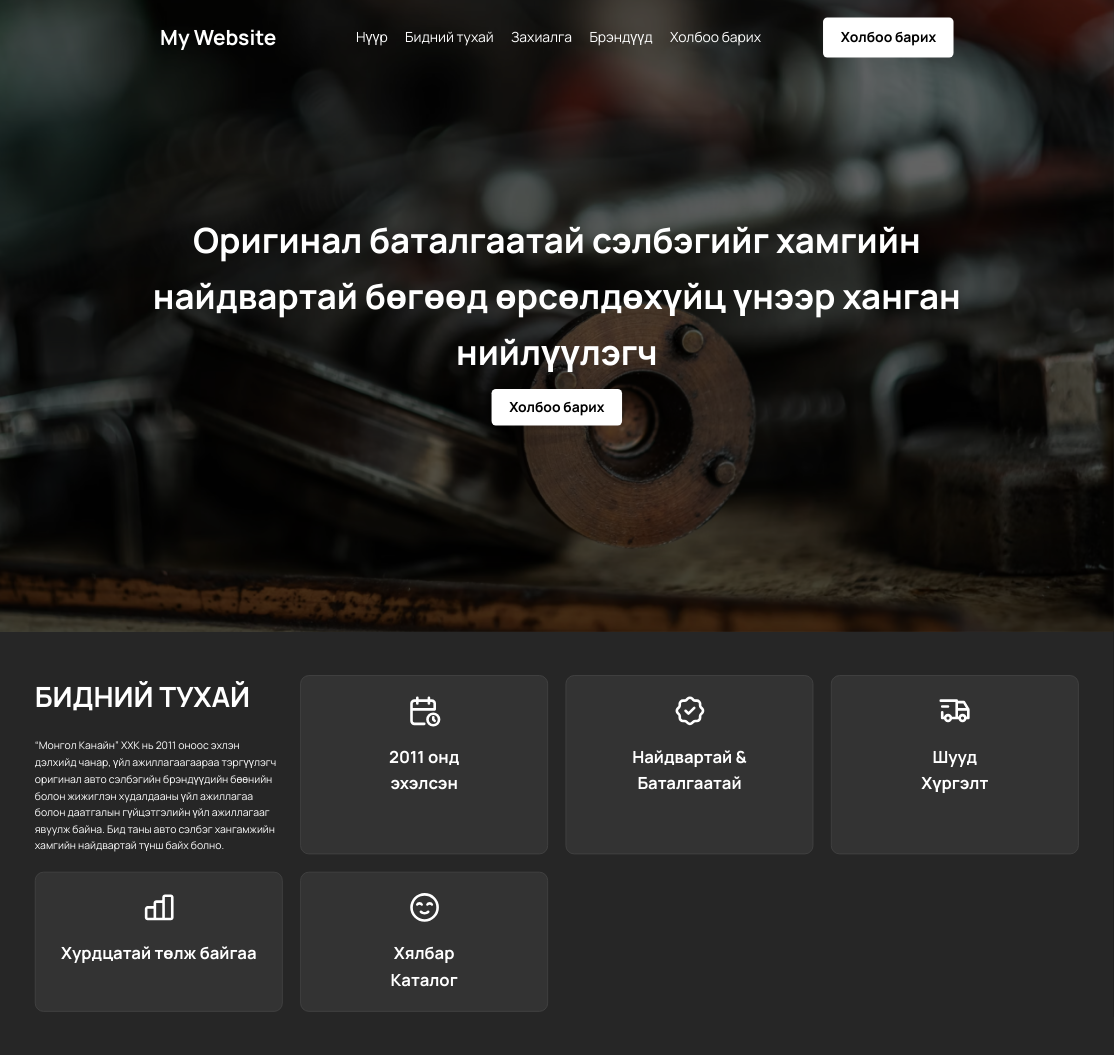
Repository: temuujinnn/mongol_kanain
Page: index.html
The author's editor kept a copy of each file at every save. The page is drawn from the files as they stood at one save, then again after the next save.
The browser window is 1280 px wide. The pictures show the whole page, at 87% of full size.

Above is the page before, as saved 2024-08-22 17:52:16.

### index.html
<!DOCTYPE html>
<html lang="mn">

<head>
    <meta charset="UTF-8">
    <meta name="viewport" content="width=device-width, initial-scale=1.0">
    <title>My Custom Website</title>
    <link rel="stylesheet" href="style.css">
    <!-- Google Fonts Link -->
    <link href="https://fonts.googleapis.com/css2?family=Manrope:wght@400;700&display=swap" rel="stylesheet">
</head>

<body>
    <!-- Header Section -->
    <header>
        <div class="container">
            <div class="logo">
                <h1>My Website</h1>
            </div>
            <nav>
                <ul>
                    <li><a href="#home">Нүүр</a></li>
                    <li><a href="#about">Бидний тухай</a></li>
                    <li><a href="#order">Захиалга</a></li>
                    <li><a href="#brands">Брэндүүд</a></li>
                    <li><a href="#contact">Холбоо барих</a></li>
                </ul>
            </nav>
            <a href="#contact" class="contact-btn">Холбоо барих</a>
        </div>
    </header>

    <!-- Hero Section -->
    <section id="hero">
        <div class="overlay"></div>
        <div class="hero-content">
            <h1>Оригинал баталгаатай сэлбэгийг хамгийн найдвартай бөгөөд өрсөлдөхүйц үнээр ханган нийлүүлэгч</h1>
            <a href="#contact" class="button">Холбоо барих</a>
        </div>
    </section>

    <!-- The rest of your content -->
    <section id="about">
        <div class="container">

            <div class="about-grid">
                <div>
                    <h2>БИДНИЙ ТУХАЙ</h2>
                    <p class="description">“Монгол Канайн” ХХК нь 2011 оноос эхлэн дэлхийд чанар, үйл ажиллагаагаараа
                        тэргүүлэгч
                        оригинал авто сэлбэгийн брэндүүдийн бөөнийн болон жижиглэн худалдааны үйл ажиллагаа болон
                        даатгалын
                        гүйцэтгэлийн үйл ажиллагааг явуулж байна. Бид таны авто сэлбэг хангамжийн хамгийн найдвартай
                        түнш
                        байх
                        болно.</p>
                </div>

                <div class="about-card">
                    <div class="icon">
                        <img src="./icons/calendar-time.svg" alt="Calendar Icon">
                    </div>
                    <div class="text">2011 онд<br> эхэлсэн</div>
                </div>
                <div class="about-card">
                    <div class="icon">
                        <img src="./icons/discount-check.svg" alt="Calendar Icon">
                    </div>
                    <div class="text">Найдвартай & Баталгаатай</div>
                </div>
                <div class="about-card">
                    <div class="icon">
                        <img src="./icons/truck-delivery.svg" alt="Calendar Icon">
                    </div>
                    <div class="text">Шууд<br>Хүргэлт</div>
                </div>
                <div class="about-card">
                    <div class="icon">
                        <img src="./icons/chart-bar.svg" alt="Calendar Icon">
                    </div>
                    <div class="text">Хурдцатай төлж байгаа</div>
                </div>
                <div class="about-card">
                    <div class="icon">
                        <img src="./icons/mood-smile-beam.svg" alt="Calendar Icon">
                    </div>
                    <div class="text">Хялбар<br>Каталог</div>
                </div>
            </div>
        </div>
    </section>
</body>

</html>

### style.css
/* Basic Reset */
* {
    margin: 0;
    padding: 0;
    box-sizing: border-box;
}

body {
    font-family: 'Manrope', sans-serif;
    color: white;
    background-color: #1e1e1e;
    line-height: 1.6;
}

/* Header */
header {

    /* Semi-transparent background */
    padding: 20px 0;
    position: absolute;
    /* Ensure the header is not fixed */
    width: 100%;
    z-index: 1000;
    /* Keep the header on top of other content */
}

header .container {
    display: flex;
    padding-left: 144px;
    padding-right: 144px;
    justify-content: space-between;
    align-items: center;
}

header .logo h1 {
    color: #fff;
    font-size: 1.5rem;
    margin: 0;
}

header nav ul {
    list-style: none;
    display: flex;
    margin: 0;
    padding: 0;
}

header nav ul li {
    margin-left: 20px;
}

header nav ul li a {
    color: #fff;
    text-decoration: none;
    font-size: 1rem;
}

header nav ul li a:hover {
    color: #ffcc00;
}

header .contact-btn {
    background-color: #fff;
    color: #000;
    padding: 10px 20px;
    text-decoration: none;
    border-radius: 5px;
    font-weight: bold;
}

header .contact-btn:hover {
    background-color: #e6e6e6;
}

/* Hero Section */
#hero {
    position: relative;
    background: url('./images/m.png') no-repeat center center/cover;
    height: 726px;
    display: flex;
    justify-content: center;
    align-items: center;
    text-align: center;
    color: #fff;
}

#hero .overlay {
    position: absolute;
    top: 0;
    left: 0;
    right: 0;
    bottom: 0;
    background: rgba(0, 0, 0, 0.5);
    /* Dark overlay */
}

.hero-content {
    z-index: 1;
    max-width: 80%;
}

.hero-content h1 {
    font-size: 2.5rem;
    margin-bottom: 20px;
}

.hero-content .button {
    padding: 10px 20px;
    background: #fff;
    color: #000;
    text-decoration: none;
    border-radius: 5px;
    font-weight: bold;
    transition: background-color 0.3s ease;
}

.hero-content .button:hover {
    background-color: #e6e6e6;
}

#about {
    padding: 50px 20px;
    background-color: #262626;
}

.container {
    max-width: 1200px;
    margin: 0 auto;
}

#about h2 {
    font-size: 32px;
    margin-bottom: 20px;
    color: #fff;
    font-weight: 700;
}

.description {

    font-size: 12px;
    font-style: normal;
    font-weight: 400;
}

.about-grid {
    display: grid;
    grid-template-columns: repeat(auto-fit, minmax(250px, 1fr));
    gap: 20px;
}

.about-card {
    background-color: #333;
    padding: 20px;
    border-radius: 10px;
    text-align: center;
    border: 1px solid #444;
    transition: transform 0.3s ease, border-color 0.3s ease;
}

.about-card:hover {
    transform: translateY(-5px);
    border-color: #ffcc00;
}

.icon img {
    width: 40px;
    height: 40px;
    margin-bottom: 10px;
}

.text {
    font-size: 1.2rem;
    color: #fff;
    font-weight: 700;
}

.text br {
    display: none;
}

@media (min-width: 768px) {
    .text br {
        display: inline;
    }
}

/* Adjusting body padding to avoid header overlay */

After the next save:
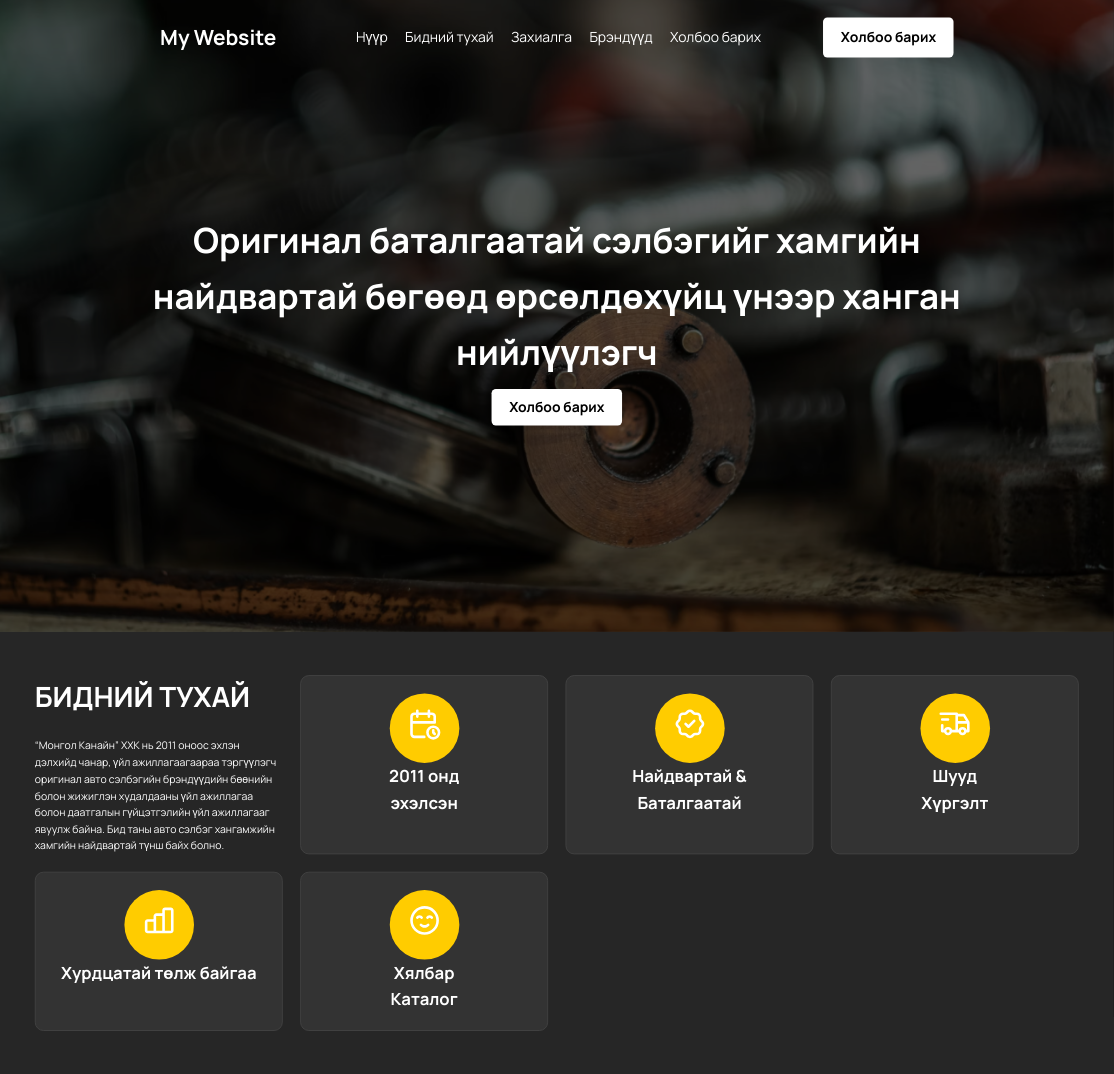
Saved 38 s later.
--- a/style.css
+++ b/style.css
@@ -162,6 +162,17 @@
     border-color: #ffcc00;
 }
 
+.icon {
+    display: flex;
+    justify-content: center;
+    align-items: center;
+    background-color: #ffcc00;
+    width: 80px;
+    height: 80px;
+    border-radius: 50%;
+    margin: 0 auto;
+}
+
 .icon img {
     width: 40px;
     height: 40px;
